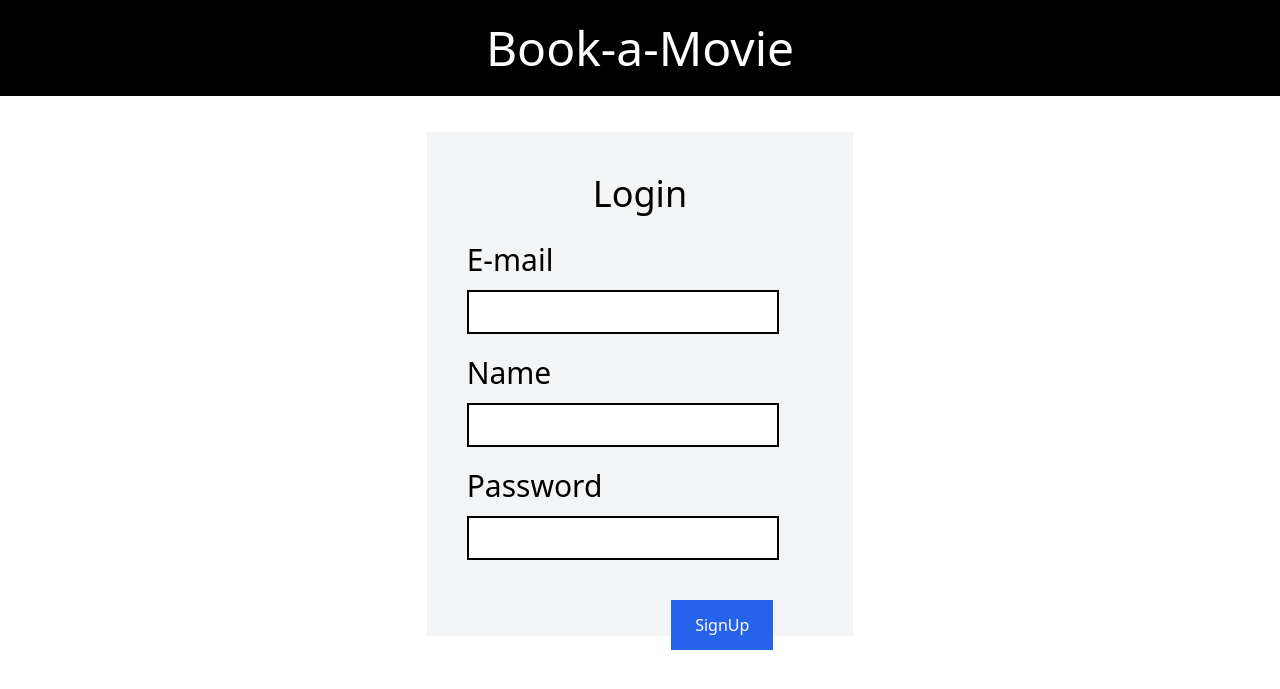
Repository: BhumilModi/movie-booking-app-assignment
Page: /
These files come from the project's save history. The page is drawn as it stood at one moment and after the next save; the edit follows.
The browser window is 1280 px wide. The pictures show the whole page.
The project was rebuilt for these pictures with package versions that can differ from the ones it lists, and the page was loaded fresh each time. Also part of the build but not shown: src/App.css, src/components/Login.jsx.

Above is the page before, as saved 2022-11-29 18:27:00.

After the next save:
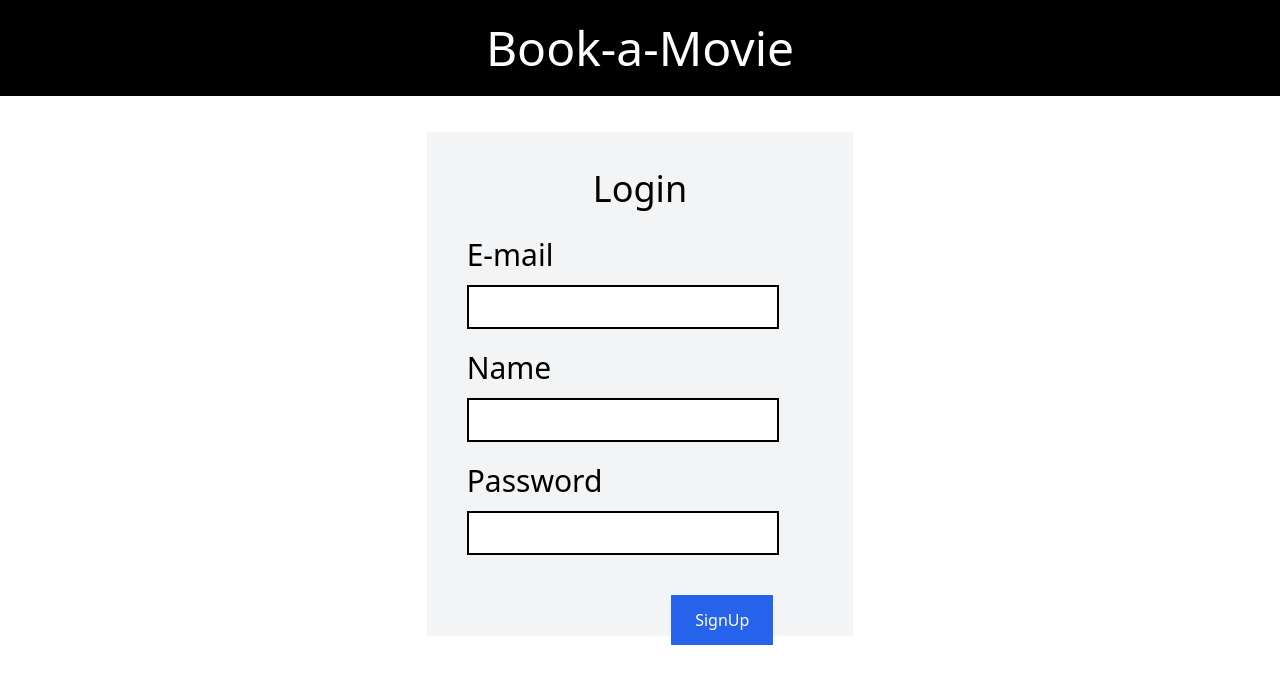
Saved 7 s later.
--- a/src/components/SignUp.jsx
+++ b/src/components/SignUp.jsx
@@ -6,7 +6,7 @@ function Login() {
     <div className="flex flex-col justify-center items-center">
       <Navbar />
       <div className="h-[70vh] bg-gray-100 w-1/3 my-[5vh] flex flex-col p-[40px]">
-        <div className="text-[36px] mx-auto mt-[-5px]">Login</div>
+        <div className="text-[36px] mx-auto mt-[-10px]">Login</div>
         <div className="text-[30px] mt-4 mb-2">E-mail</div>
         <input type="text" className="w-[90%] border-2 border-black p-2" />
         <div className="text-[30px] mt-4 mb-2">Name</div>
